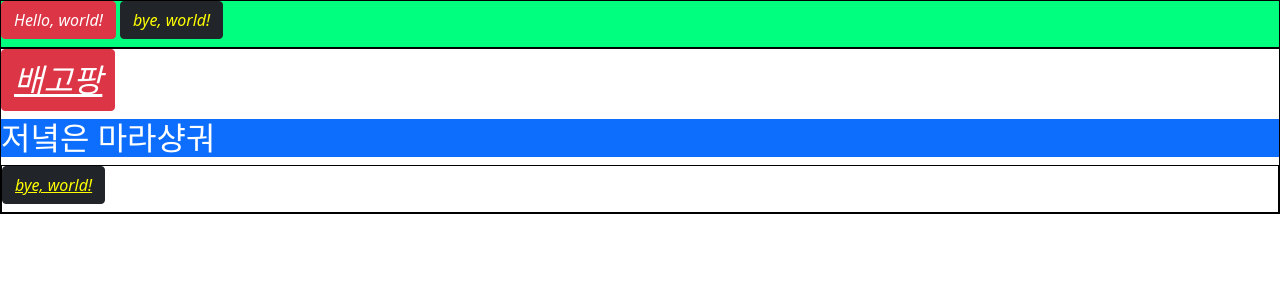
Repository: jaunnnngs/HackaTone
Page: http://localhost/StunProjects/
These files come from the project's save history. The page is drawn as it stood at one moment and after the next save; the edit follows.
The browser window is 1280 px wide. The pictures show the whole page.
The page is served by Tomcat 9. Other server files are loaded and not shown.

Above is the page before, as saved 2021-07-20 01:48:56.

### STUN_TEAM/StunProjects/src/main/webapp/index.jsp
<%@ page language="java" contentType="text/html; charset=UTF-8"
    pageEncoding="UTF-8"%>
<!doctype html>
<html lang="en">
  <head>
    <!-- Required meta tags -->
    <meta charset="utf-8">
    <meta name="viewport" content="width=device-width, initial-scale=1">

    <!-- Bootstrap CSS -->
    <link href="https://cdn.jsdelivr.net/npm/bootstrap@5.0.2/dist/css/bootstrap.min.css" rel="stylesheet" integrity="sha384-EVSTQN3/azprG1Anm3QDgpJLIm9Nao0Yz1ztcQTwFspd3yD65VohhpuuCOmLASjC" crossorigin="anonymous">

    <title>Hello, world!</title>

    <style>
    #hello /*아이디 설정  */
    {
    	color:white;
    }
    #bye
    {
    	color:yellow;
    }
    .btn/*클래스 설정  */
    {
    	font-style : italic
    }
    div.ldj
    {
    	background : springgreen
    }
    div
    {
    	border : 1px solid black
    }
    .lng>h1
    {
    	font-size:xx-large
    }
    .lng h1
    {
    	text-decoration : underline
    }
    </style>
  </head>
  <body>
    <div class ="ldj">
    <h1 id="hello" class = "btn btn-danger">Hello, world!</h1>
    <h1 id="bye" class = "btn btn-dark">bye, world!</h1>
    </div>
    <div class ="lng">
    <h1 id="hello" class = "btn btn-danger">배고팡</h1>
    <h2 class=btn-primary> 저녘은 마라샹궈</h2>
    <div>
    <h1 id="bye" class = "btn btn-dark">bye, world!</h1>
    </div>
    </div>
    <!-- Optional JavaScript; choose one of the two! -->

    <!-- Option 1: Bootstrap Bundle with Popper -->
    <script src="https://cdn.jsdelivr.net/npm/bootstrap@5.0.2/dist/js/bootstrap.bundle.min.js" integrity="sha384-MrcW6ZMFYlzcLA8Nl+NtUVF0sA7MsXsP1UyJoMp4YLEuNSfAP+JcXn/tWtIaxVXM" crossorigin="anonymous"></script>

    <!-- Option 2: Separate Popper and Bootstrap JS -->
    <!--
    <script src="https://cdn.jsdelivr.net/npm/@popperjs/core@2.9.2/dist/umd/popper.min.js" integrity="sha384-IQsoLXl5PILFhosVNubq5LC7Qb9DXgDA9i+tQ8Zj3iwWAwPtgFTxbJ8NT4GN1R8p" crossorigin="anonymous"></script>
    <script src="https://cdn.jsdelivr.net/npm/bootstrap@5.0.2/dist/js/bootstrap.min.js" integrity="sha384-cVKIPhGWiC2Al4u+LWgxfKTRIcfu0JTxR+EQDz/bgldoEyl4H0zUF0QKbrJ0EcQF" crossorigin="anonymous"></script>
    -->
  </body>
</html>

After the next save:
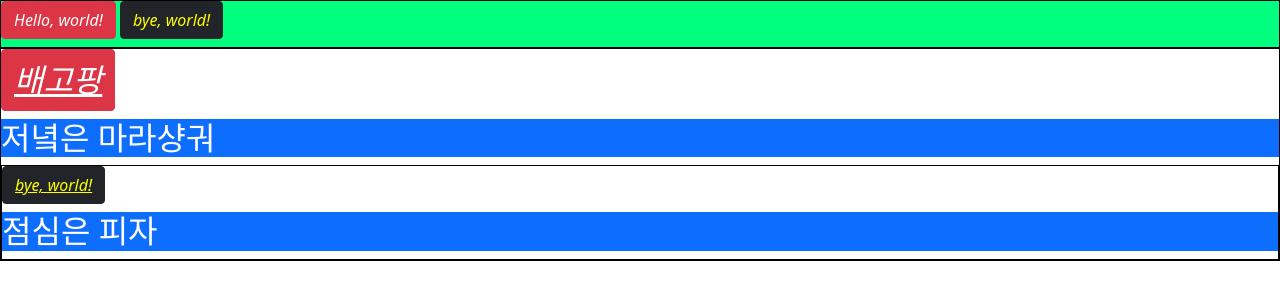
Saved 9 min 0 s later.
--- a/STUN_TEAM/StunProjects/src/main/webapp/index.jsp
+++ b/STUN_TEAM/StunProjects/src/main/webapp/index.jsp
@@ -33,11 +33,11 @@
     {
     	border : 1px solid black
     }
-    .lng>h1
+    .lng>h1 /* 자손 */
     {
     	font-size:xx-large
     }
-    .lng h1
+    .lng h1 /* 후손 */
     {
     	text-decoration : underline
     }
@@ -48,13 +48,18 @@
     <h1 id="hello" class = "btn btn-danger">Hello, world!</h1>
     <h1 id="bye" class = "btn btn-dark">bye, world!</h1>
     </div>
+
+
     <div class ="lng">
-    <h1 id="hello" class = "btn btn-danger">배고팡</h1>
-    <h2 class=btn-primary> 저녘은 마라샹궈</h2>
-    <div>
-    <h1 id="bye" class = "btn btn-dark">bye, world!</h1>
+    	<h1 id="hello" class = "btn btn-danger">배고팡</h1>
+    	<h2 class=btn-primary> 저녘은 마라샹궈</h2>
+    	<div>
+    		<h1 id="bye" class = "btn btn-dark">bye, world!</h1>
+    		<h2 class=btn-primary> 점심은 피자</h2>
+    	</div>
     </div>
-    </div>
+
+
     <!-- Optional JavaScript; choose one of the two! -->
 
     <!-- Option 1: Bootstrap Bundle with Popper -->
